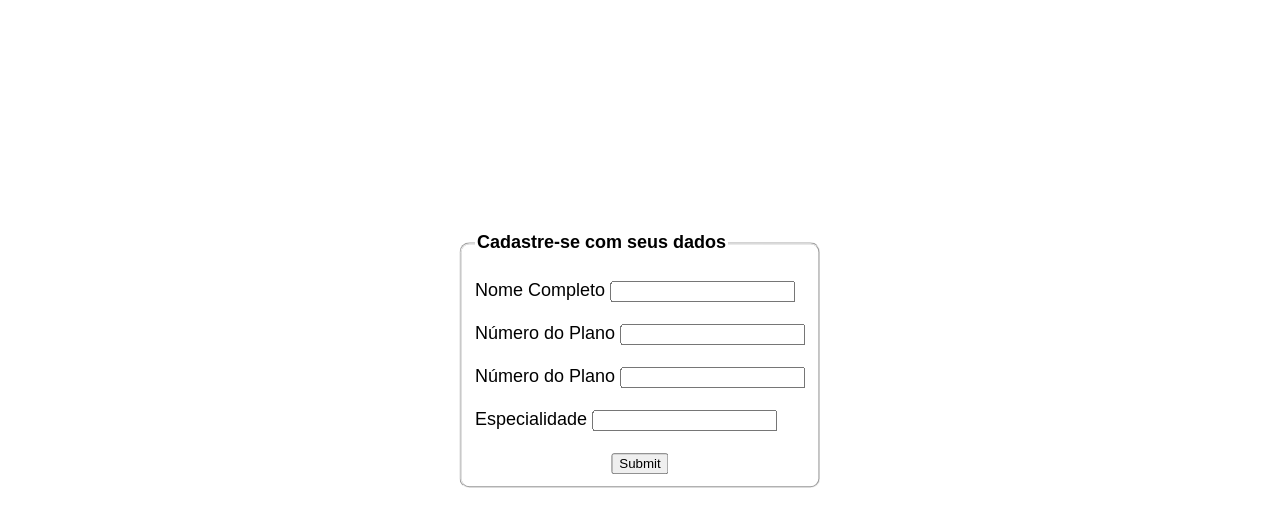
Repository: ohenriquesouza/HospitalCRUD-using-JavaEE
Page: http://localhost/JSP_test/index.jsp
An editor plug-in stored every save of this project. The page is shown before and after the next save, followed by the edit.
The browser window is 1280 px wide. The pictures show the whole page.
The page is served by Tomcat 9. Other server files are loaded and not shown.

Above is the page before, as saved 2022-12-26 17:15:35.

### JSP_test/src/main/webapp/index.jsp
<%@ page language="java" contentType="text/html; charset=utf-8"
    pageEncoding="utf-8"%>
<%@ page import = "java.util.Date"%>
<!DOCTYPE html>
<html lang = "pt-br">
    <head>
        <meta charset="UTF-8">
        <meta http-equiv="X-UA-Compatible" content="IE=edge">
        <meta name="viewport" content="width=device-width, initial-scale=1.0">
        <title>Cadastro</title>
        <style>
            body{
                font-family: Arial, Helvetica, sans-serif;
                font-size: large;
            }
            .box{
                position: absolute;
                top: 50%;
                left: 50%;
                transform: translate(-50%, -50%);
                padding: 15px;
                border-radius: 10px;
            }
            fieldset{
                border-radius: 10px;
            }

        </style>
    </head>
    <body>
        <div class="box">
            <form action="">
                <fieldset>
                    <legend><b>Cadastre-se com seus dados</b></legend><br/>
                    <div class="input_box">
                        <label for="nome">Nome Completo</label>
                        <input type="text" name="nome" id="nome" class="input_name" required></input>
                    </div>
                    <br>
                    <div class="input_box">
                        <label for="NmPlano">Número do Plano</label>
                        <input type="number" name="NmPlano" id="NmPlano" class="input_nmPlano" required></input>
                    </div>
                    <br>
	                <div class="input_box">
                        <label for="NmPlano">Número do Plano</label>
                        <input type="number" name="NmPlano" id="NmPlano" class="input_nmPlano" required></input>
                    </div>
                    <br>
                    <div class="input_box">
                        <label for="idEspec">Especialidade</label>
                        <input type="number" name="idEspec" id="idEspec" class="input_idEspec" required></input>
                    </div>
                    <br>
                    <center>
                        <input type="submit"></input>
                    </center>
                </fieldset>
            </form>
        </div>
    </body>
</html>

After the next save:
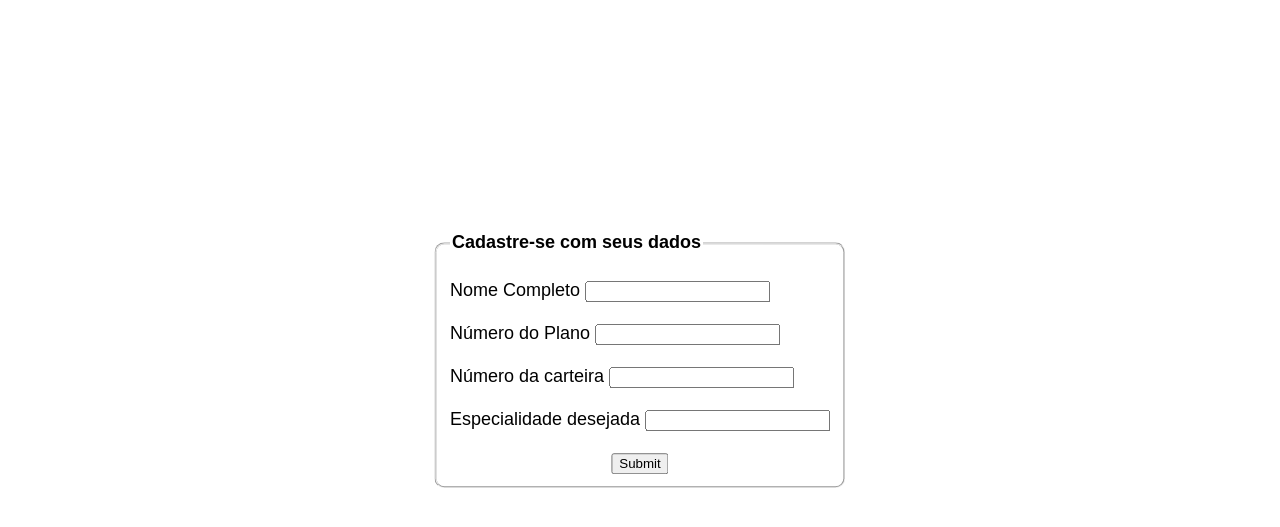
Saved 69 s later.
--- a/JSP_test/src/main/webapp/index.jsp
+++ b/JSP_test/src/main/webapp/index.jsp
@@ -43,13 +43,13 @@
                     </div>
                     <br>
 	                <div class="input_box">
-                        <label for="NmPlano">Número do Plano</label>
-                        <input type="number" name="NmPlano" id="NmPlano" class="input_nmPlano" required></input>
+                        <label for="NmCarteira">Número da carteira</label>
+                        <input type="number" name="NmCarteira" id="NmCarteira" class="input_nmCarteira" required></input>
                     </div>
                     <br>
                     <div class="input_box">
-                        <label for="idEspec">Especialidade</label>
-                        <input type="number" name="idEspec" id="idEspec" class="input_idEspec" required></input>
+                        <label for="Espec">Especialidade desejada</label>
+                        <input type="text" name="Espec" id="Espec" class="input_Espec" required></input>
                     </div>
                     <br>
                     <center>
